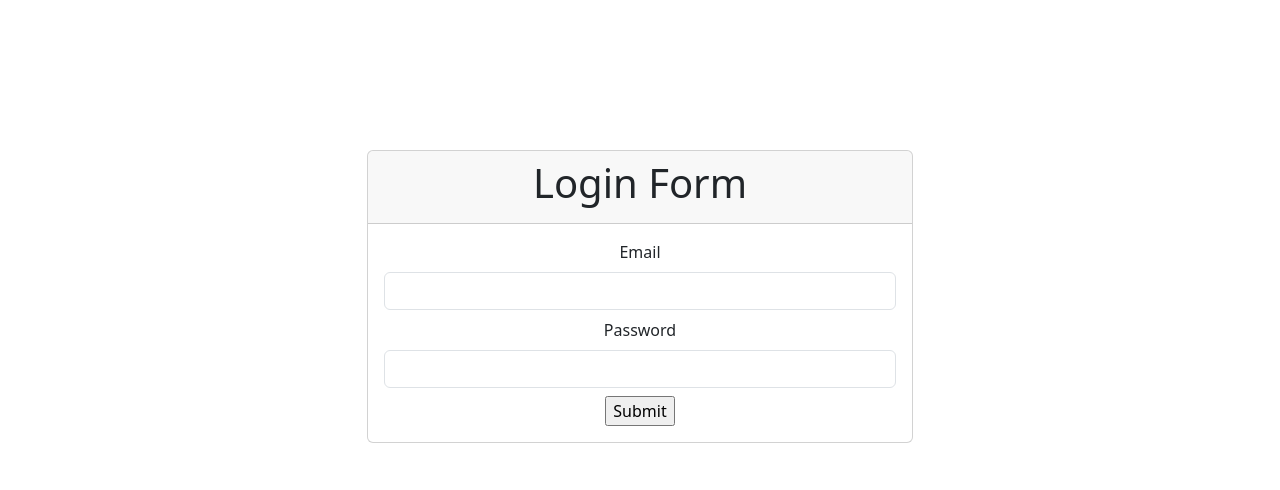
Repository: Laxman-Nath/java-internship
Page: http://localhost/Demo/login.jsp
An editor plug-in stored every save of this project. The page is shown before and after the next save, followed by the edit.
The browser window is 1280 px wide. The pictures show the whole page.
The page is served by Tomcat 9. Other server files are loaded and not shown.

Above is the page before, as saved 2024-09-01 10:22:12.

### Servlet_JSP/Demo/src/main/webapp/login.jsp
<%@ page language="java" contentType="text/html; charset=UTF-8"
	pageEncoding="UTF-8"%>
<!DOCTYPE html>
<html>
<head>
<meta charset="UTF-8">
<title>Login Form</title>
<link
	href="https://cdn.jsdelivr.net/npm/bootstrap@5.3.3/dist/css/bootstrap.min.css"
	rel="stylesheet"
	integrity="sha384-QWTKZyjpPEjISv5WaRU9OFeRpok6YctnYmDr5pNlyT2bRjXh0JMhjY6hW+ALEwIH"
	crossorigin="anonymous">
</head>
<body>
	<div class="container" style="margin-top:150px;">
	<div class="row">
	<div class="col-md-6 offset-md-3">
	<div class="card">
	<div class="card-header"><h1 class="text-center">Login Form</h1></div>
	<div class="card-body" class="">
	  <form action="" method="" class="text-center">
	   <div class="mb-2">
	   <label class="form-label">Email</label>
	   <input type="email" required class="form-control">
	   </div>
	   <div class="mb-2">
	   <label class="form-label">Password</label>
	   <input type="password" required class="form-control">
	   </div>
	   <input type="submit" value="Submit">
	  </form>
	</div>
	</div>
	</div>
	</div>
	</div>

</body>
<script
	src="https://cdn.jsdelivr.net/npm/bootstrap@5.3.3/dist/js/bootstrap.bundle.min.js"
	integrity="sha384-YvpcrYf0tY3lHB60NNkmXc5s9fDVZLESaAA55NDzOxhy9GkcIdslK1eN7N6jIeHz"
</html>

After the next save:
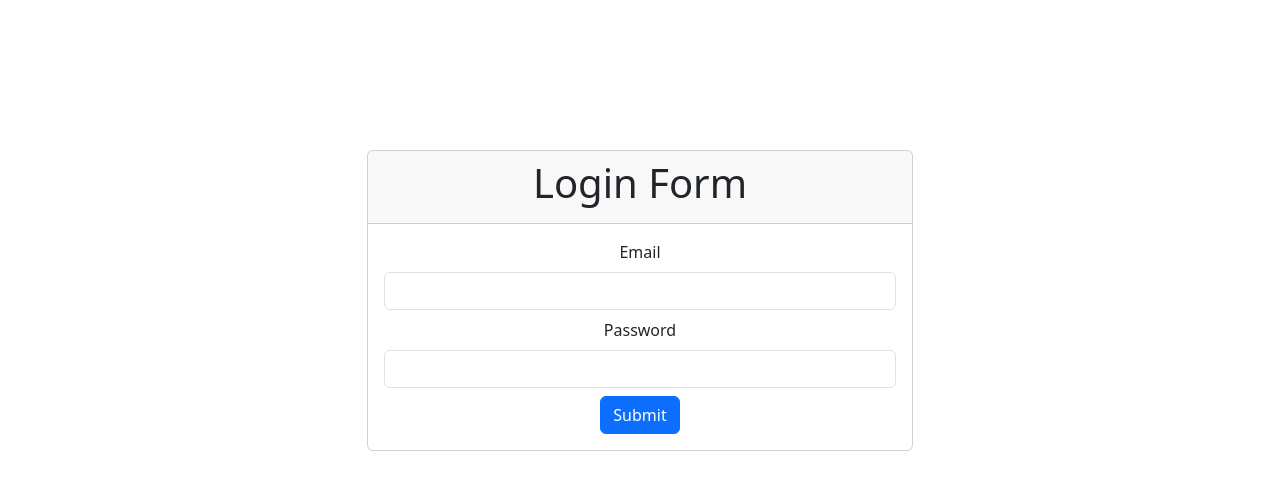
Saved 28 s later.
--- a/Servlet_JSP/Demo/src/main/webapp/login.jsp
+++ b/Servlet_JSP/Demo/src/main/webapp/login.jsp
@@ -27,7 +27,7 @@
 	   <label class="form-label">Password</label>
 	   <input type="password" required class="form-control">
 	   </div>
-	   <input type="submit" value="Submit">
+	   <input type="submit" class="btn btn-primary" value="Submit">
 	  </form>
 	</div>
 	</div>
